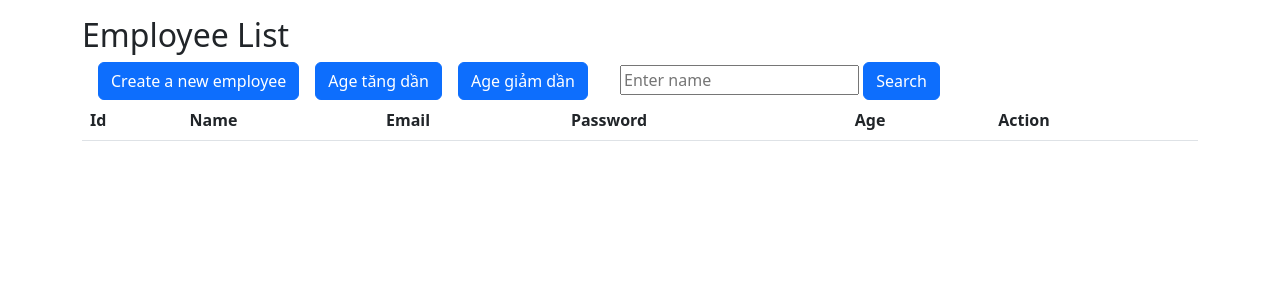
Repository: HoangLinh2001/PHP
Page: http://localhost/list_employee.php
The author's editor kept a copy of each file at every save. The page is drawn from the files as they stood at one save, then again after the next save.
The browser window is 1280 px wide. The pictures show the whole page.
The page is run by PHP 8.4 with error messages shown; the project is at /var/www/html/. Queries for data that is not in the repository find no rows.

Above is the page before, as saved 2023-06-21 15:30:27.

### DEMOPHPBUOI2/list_employee.php
<!DOCTYPE html>
<html lang="en">

<head>
    <title>Bootstrap Example</title>
    <meta charset="utf-8">
    <meta name="viewport" content="width=device-width, initial-scale=1">
    <link href="https://cdn.jsdelivr.net/npm/bootstrap@5.2.3/dist/css/bootstrap.min.css" rel="stylesheet">
    <script src="https://cdn.jsdelivr.net/npm/bootstrap@5.2.3/dist/js/bootstrap.bundle.min.js"></script>
    <style>
        .create-filter-employee{
            display: flex;
        }
        .create-filter-employee a{
            margin-left: 1rem;
        }

        .create-filter-employee .search-form{
            margin-left: 2rem;
        }
    </style>
</head>

<body>
    <?php
    require_once('connectdb.php');
    $sql = "SELECT * FROM emptb";
    $result = $con -> query($sql);
    ?>
    <div class="container mt-3">
        <h2>Employee List</h2>
    <div class="create-filter-employee">
        <a class="btn btn-primary" href="create_employee.php">Create a new employee</a>
        <a class="btn btn-primary" href="age_asc.php">Age tăng dần</a>
        <a class="btn btn-primary" href="age_desc.php">Age giảm dần</a>
        <form action="search_name.php" method="GET" class="search-form">
            <input type="text" name="search_name" placeholder="Enter name" />
            <button type="submit" class="btn btn-primary">Search</button>
        </form>
    </div>
        <table class="table">
            <thead>
                <tr>
                    <th>Id</th>
                    <th>Name</th>
                    <th>Email</th>
                    <th>Password</th>
                    <th>Age</th>
                    <th>Action</th>
                </tr>
            </thead>
            <tbody>
                <?php
        if($result -> num_rows > 0){
          foreach ($result as $item) {?>
                <tr>
                    <td><?php echo $item['id'] ?></td>
                    <td><?php echo $item['name'] ?></td>
                    <td><?php echo $item['email'] ?></td>
                    <td><?php echo $item['password'] ?></td>
                    <td><?php echo $item['age'] ?></td>
                    <td>
                        <a class="btn btn-danger" href="delete_employee.php?id=<?php echo $item['id']?>">Delete</a>
                        <a class="btn btn-primary" href="update_employee.php?id=<?php echo $item['id']?>">update</a>
                    </td>
                </tr>
                <?php }; ?>
                <?php }; ?>


            </tbody>
        </table>
    </div>

</body>

</html>

### DEMOPHPBUOI2/connectdb.php
<?php
    $serverName = "localhost";
    $username = "root";
    $password = "";
    $dbname = "emdatabase";
    //create connection
    $con = new mysqli($serverName,$username,$password,$dbname);
    //check connection
    // if ($con -> connect_error) {
    //     die("connection failed: ".$con->connect_error);
    // }
    // echo "connect successfully !";
?>

After the next save:
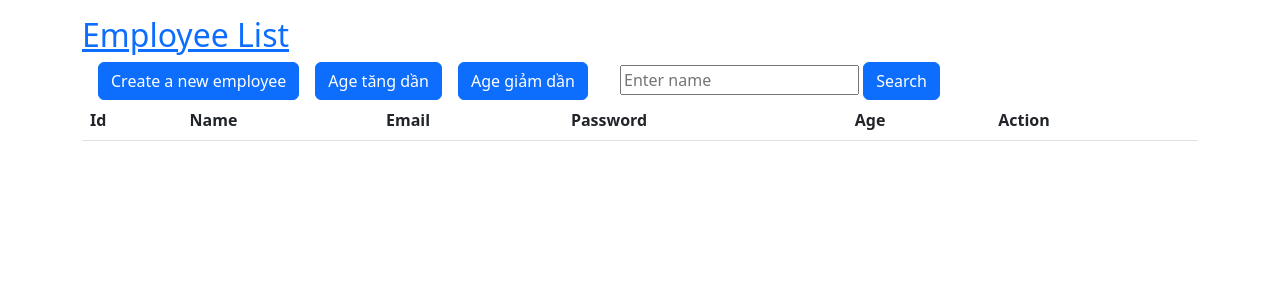
Saved 49 s later.
--- a/DEMOPHPBUOI2/list_employee.php
+++ b/DEMOPHPBUOI2/list_employee.php
@@ -28,7 +28,7 @@
     $result = $con -> query($sql);
     ?>
     <div class="container mt-3">
-        <h2>Employee List</h2>
+        <h2><a href="list_employee.php">Employee List</a></h2>
     <div class="create-filter-employee">
         <a class="btn btn-primary" href="create_employee.php">Create a new employee</a>
         <a class="btn btn-primary" href="age_asc.php">Age tăng dần</a>
